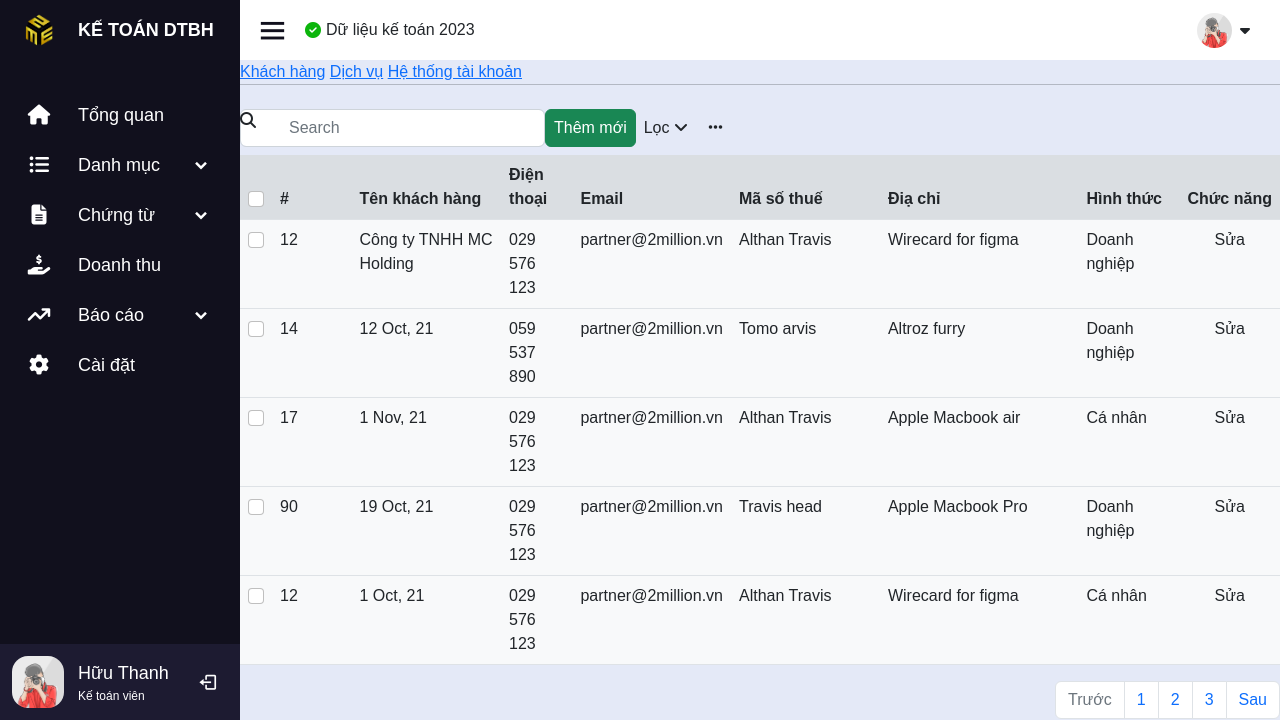
Repository: huuthanhdev/PhanMemKeToan
Page: pages/customer.html
These files come from the project's save history. The page is drawn as it stood at one moment and after the next save; the edit follows.
The browser window is 1280 px wide. The pictures show the whole page.
Some web fonts or font styles are not loaded; a fallback is used. Some web libraries are served in a nearby version.

Above is the page before, as saved 2023-03-24 16:45:26.

### pages/customer.html
<!DOCTYPE html>
  <!-- Coding by CodingLab | www.codinglabweb.com -->
<html lang="en">
<head>
    <meta charset="UTF-8">
    <meta http-equiv="X-UA-Compatible" content="IE=edge">
    <meta name="viewport" content="width=device-width, initial-scale=1.0">
    <link rel="icon" type="png" href="/assets/img/logo 2me.png"/>
    <title>2MILLION</title>
    <!----======== CSS ======== -->
    <link rel="stylesheet" href="/assets/css/style.css">
    <!----===== Boxicons CSS ===== -->
    <link href='https://unpkg.com/boxicons@2.1.1/css/boxicons.min.css' rel='stylesheet'>
    <link rel="stylesheet" href="https://cdnjs.cloudflare.com/ajax/libs/font-awesome/6.1.2/css/all.min.css" integrity="sha512-1sCRPdkRXhBV2PBLUdRb4tMg1w2YPf37qatUFeS7zlBy7jJI8Lf4VHwWfZZfpXtYSLy85pkm9GaYVYMfw5BC1A==" crossorigin="anonymous" referrerpolicy="no-referrer" />
    <!-- bootstrap 5 -->
    <link href="https://cdn.jsdelivr.net/npm/bootstrap@5.2.1/dist/css/bootstrap.min.css" rel="stylesheet"
    integrity="sha384-iYQeCzEYFbKjA/T2uDLTpkwGzCiq6soy8tYaI1GyVh/UjpbCx/TYkiZhlZB6+fzT" crossorigin="anonymous">

</head>
<body>
    <div class="sidebar">
        <div class="logo-details">
          <!-- <i class='bx bxl-c-plus-plus'></i> -->
          <img src="../assets/img/logo 2me.png" alt="" class="logo-img">
          <span class="logo_name">KẾ TOÁN DTBH</span>
        </div>
        <ul class="nav-links">
          <li class="nav-item">
            <a href="../pages/overview.html">
              <i class='fa-solid fa-house'></i>
              <span class="link_name">Tổng quan</span>
            </a>
            <ul class="sub-menu blank">
              <li><a class="link_name" href="../pages/overview.html">Tổng quan</a></li>
            </ul>
          </li>
          <li class="nav-item active">
            <div class="icon-link">
              <a href="../pages/customer.html">
                <i class='fa-solid fa-list-ul' ></i>
                <span class="link_name">Danh mục</span>
              </a>
              <i class='bx bxs-chevron-down arrow' ></i>
            </div>
            <ul class="sub-menu">
              <li><a class="link_name" href="#">Danh mục</a></li>
              <li><a href="../pages/customer.html">Khách hàng</a></li>
              <li><a href="../pages/service.html">Dịch vụ</a></li>
              <li><a href="../pages/account.html">Tài khoản</a></li>
            </ul>
          </li>

          <li class="nav-item">
            <div class="icon-link">
              <a href="#">
                <i class='fa-solid fa-file-lines' ></i>
                <span class="link_name">Chứng từ</span>
              </a>
              <i class='bx bxs-chevron-down arrow' ></i>
            </div>
            <ul class="sub-menu">
              <li><a class="link_name" href="#">Chứng từ</a></li>
              <li><a href="#">Hóa đơn GTGT</a></li>
              <li><a href="#">Phiếu giảm giá HB</a></li>
            </ul>
          </li>

          <li class="nav-item">
            <a href="#">
              <i class='fa-solid fa-hand-holding-dollar' ></i>
              <span class="link_name">Doanh thu</span>
            </a>
            <ul class="sub-menu blank">
              <li><a class="link_name" href="#">Doanh thu</a></li>
            </ul>
          </li>

          <li class="nav-item">
            <div class="icon-link">
              <a href="#">
                <i class='fa-solid fa-arrow-trend-up' ></i>
                <span class="link_name">Báo cáo</span>
              </a>
              <i class='bx bxs-chevron-down arrow' ></i>
            </div>
            <ul class="sub-menu">
              <li><a class="link_name" href="#">Báo cáo</a></li>
              <li><a href="#">Doanh thu theo KH</a></li>
              <li><a href="#">Doanh thu theo DV</a></li>
              <li><a href="#">Tổng hợp Doanh thu</a></li>
              <li><a href="#">Giảm trừ Doanh thu</a></li>
            </ul>
          </li>

          <li class="nav-item">
            <a href="#">
              <i class='fa-solid fa-gear' ></i>
              <span class="link_name">Cài đặt</span>
            </a>
            <ul class="sub-menu blank">
              <li><a class="link_name" href="#">Cài đặt</a></li>
            </ul>
          </li>
          <li>
        <div class="profile-details">
          <div class="profile-content">
            <img src="../assets/img/client2.png" alt="profileImg">
          </div>
          <div class="name-job">
            <div class="profile_name">Hữu Thanh</div>
            <div class="job">Kế toán viên</div>
          </div>
          <i class='bx bx-log-out' ></i>
        </div>
      </li>
    </ul>
      </div>
    <section class="home-section">
      <div class="home-nav">
          <i class='bx bx-menu' ></i>
          <div class="home-text">
              <i class="fa-solid fa-circle-check home-icon"></i>
              <span>Dữ liệu kế toán 2023</span>
          </div>

          <div class="home-info">
              <img src="../assets/img/client2.png" alt="avatar" class="home-avatar">
              <i class="fa-solid fa-caret-down"class="home-icon"></i>
          </div>
      </div>
      <!-- content -->
      <div class="home-content">
        <div class="home-tab">
          <a class="tab-item active" href="/pages/customer.html">Khách hàng</a>
          <a class="tab-item" href="/pages/service.html">Dịch vụ</a>
          <a class="tab-item" href="/pages/account.html">Hệ thống tài khoản</a>
        </div>
        <hr class="mt-0 mb-4">
        <!-- table -->
        <div class="container-fluid mt-0 px-0">
          <div class="mb-2 d-flex justify-content-start align-items-center">
              <div class="position-relative">
                  <span class="position-absolute search"><i class="fa fa-search"></i></span>
                  <input class="form-control w-100 px-5 m-0" placeholder="Search">
              </div>
              <button type="button" class="btn btn-success px-2">Thêm mới</button>
              <div class="px-2">
                  <span>Lọc <i class="fa fa-angle-down"></i></span>
                  <i class="fa fa-ellipsis-h ms-3"></i>
              </div>
          </div>
          <div class="table-responsive">
          <table class="table table-responsive table-hover bg-light">
            <thead>
              <tr style="background-color: #dadee2">
                <th scope="col" width="2%"><input class="form-check-input" type="checkbox"></th>
                <th scope="col" width="8%">#</th>
                <th scope="col" width="15%">Tên khách hàng</th>
                <th scope="col" width="7%">Điện thoại</th>
                <th scope="col" width="13%">Email</th>
                <th scope="col" width="15%">Mã số thuế</th>
                <th scope="col" width="20%">Điạ chỉ</th>
                <th scope="col" width="10%">Hình thức</th>
                <th scope="col" width="10%" class="text-center">Chức năng</th>
              </tr>
            </thead>
            <tbody>
              <tr>
                <th scope="row"><input class="form-check-input" type="checkbox"></th>
                <td>12</td>
                <td>Công ty TNHH MC Holding</td>
                <td>029 576 123</td>
                <td>partner@2million.vn</td>
                <td>Althan Travis</td>
                <td>Wirecard for figma</td>
                <td>Doanh nghiệp</td>
                <td class="text-center">Sửa</td>
              </tr>

              <tr>
                <th scope="row"><input class="form-check-input" type="checkbox"></th>
                <td>14</td>
                <td>12 Oct, 21</td>
                <td>059 537 890</td>
                <td>partner@2million.vn</td>
                <td>Tomo arvis</td>
                <td>Altroz furry</td>
                <td>Doanh nghiệp</td>
                <td class="text-center">Sửa</td>
              </tr>

              <tr>
                <th scope="row"><input class="form-check-input" type="checkbox"></th>
                <td>17</td>
                <td>1 Nov, 21</td>
                <td>029 576 123</td>
                <td>partner@2million.vn</td>
                <td>Althan Travis</td>
                <td>Apple Macbook air</td>
                <td>Cá nhân</td>
                <td class="text-center">Sửa</td>
              </tr>

              <tr>
                <th scope="row"><input class="form-check-input" type="checkbox"></th>
                <td>90</td>
                <td>19 Oct, 21</td>
                <td>029 576 123</td>
                <td>partner@2million.vn</td>
                <td>Travis head</td>
                <td>Apple Macbook Pro</td>
                <td>Doanh nghiệp</td>
                <td class="text-center">Sửa</td>
              </tr>

              <tr>
                <th scope="row"><input class="form-check-input" type="checkbox"></th>
                <td>12</td>
                <td>1 Oct, 21</td>
                <td>029 576 123</td>
                <td>partner@2million.vn</td>
                <td>Althan Travis</td>
                <td>Wirecard for figma</td>
                <td>Cá nhân</td>
                <td class="text-center">Sửa</td>
              </tr>
            </tbody>
          </table>
          </div>
        </div>
        <!-- //table -->
        <!-- pagination -->
        <nav aria-label="Page navigation example">
          <ul class="pagination justify-content-end">
            <li class="page-item disabled">
              <a class="page-link" href="#" tabindex="-1" aria-disabled="true">Trước</a>
            </li>
            <li class="page-item"><a class="page-link" href="#">1</a></li>
            <li class="page-item"><a class="page-link" href="#">2</a></li>
            <li class="page-item"><a class="page-link" href="#">3</a></li>
            <li class="page-item">
              <a class="page-link" href="#">Sau</a>
            </li>
          </ul>
        </nav>
        <!-- //pagination -->

      </div>
    </section>

    <script src="/app.js"></script>

</body>
</html>

### assets/css/style.css
/* Google Fonts Import Link */
@import url("https://fonts.googleapis.com/css2?family=Quicksand:wght@300;400;500;600&display=swap");
* {
  margin: 0;
  padding: 0;
  box-sizing: border-box;
  font-family: "Quicksand", sans-serif;
}
.sidebar{
  position: fixed;
  top: 0;
  left: 0;
  height: 100%;
  width: 240px;
  background: #11101d;
  z-index: 100;
  transition: all 0.5s ease;
}
.sidebar.close{
  width: 78px;
}
.sidebar .logo-details{
  height: 60px;
  width: 100%;
  display: flex;
  align-items: center;
}
.sidebar .logo-details i{
  font-size: 30px;
  color: #fff;
  height: 50px;
  min-width: 78px;
  text-align: center;
  line-height: 50px;
}
/*add logo  */
.sidebar .logo-details img{
  height: 40px;
  min-width: 78px;
  object-fit: contain;
  border-radius: 16px;
  transition: all 0.5s ease;
}

.sidebar .logo-details .logo_name{
  font-size: 18px;
  color: #fff;
  font-weight: 600;
  transition: 0.3s ease;
  transition-delay: 0.1s;
  position: relative;
}
.sidebar.close .logo-details .logo_name{
  transition-delay: 0s;
  opacity: 0;
  pointer-events: none;
}
.sidebar .nav-links{
  height: 100%;
  padding: 30px 0 150px 0;
  overflow: auto;
}
.sidebar.close .nav-links{
  overflow: visible;
}
.sidebar .nav-links::-webkit-scrollbar{
  display: none;
}
.sidebar .nav-links li{
  position: relative;
  list-style: none;
  transition: all 0.4s ease;
}
.sidebar .nav-links li:hover{
  background: #1d1b31;
}
.sidebar .nav-links li .icon-link{
  display: flex;
  align-items: center;
  justify-content: space-between;
}
.sidebar.close .nav-links li .icon-link{
  display: block
}
.sidebar .nav-links li i{
  height: 50px;
  min-width: 78px;
  text-align: center;
  line-height: 50px;
  color: #fff;
  font-size: 20px;
  cursor: pointer;
  transition: all 0.3s ease;
}
.sidebar .nav-links li.showMenu i.arrow{
  transform: rotate(-180deg);
}
.sidebar.close .nav-links i.arrow{
  display: none;
}
.sidebar .nav-links li a{
  display: flex;
  align-items: center;
  text-decoration: none;
}
.sidebar .nav-links li a .link_name{
  font-size: 18px;
  font-weight: 400;
  color: #fff;
  transition: all 0.4s ease;
}
.sidebar.close .nav-links li a .link_name{
  opacity: 0;
  pointer-events: none;
}
.sidebar .nav-links li .sub-menu{
  padding: 6px 6px 14px 80px;
  margin-top: -10px;
  background: #1d1b31;
  display: none;
}
.sidebar .nav-links li.showMenu .sub-menu{
  display: block;
}
.sidebar .nav-links li .sub-menu a{
  color: #fff;
  font-size: 15px;
  padding: 5px 0;
  white-space: nowrap;
  opacity: 0.6;
  transition: all 0.3s ease;
}
.sidebar .nav-links li .sub-menu a:hover{
  opacity: 1;
}
.sidebar.close .nav-links li .sub-menu{
  position: absolute;
  left: 100%;
  top: -10px;
  margin-top: 0;
  padding: 10px 20px;
  border-radius: 0 6px 6px 0;
  opacity: 0;
  display: block;
  pointer-events: none;
  transition: 0s;
}
.sidebar.close .nav-links li:hover .sub-menu{
  top: 0;
  opacity: 1;
  pointer-events: auto;
  transition: all 0.4s ease;
}
.sidebar .nav-links li .sub-menu .link_name{
  display: none;
}
.sidebar.close .nav-links li .sub-menu .link_name{
  font-size: 18px;
  opacity: 1;
  display: block;
}
.sidebar .nav-links li .sub-menu.blank{
  opacity: 1;
  pointer-events: auto;
  padding: 3px 20px 6px 16px;
  opacity: 0;
  pointer-events: none;
}
.sidebar .nav-links li:hover .sub-menu.blank{
  top: 50%;
  transform: translateY(-50%);
}
.sidebar .profile-details{
  position: fixed;
  bottom: 0;
  width: 240px;
  display: flex;
  align-items: center;
  justify-content: space-between;
  background: #1d1b31;
  padding: 12px 0;
  transition: all 0.5s ease;
}
.sidebar.close .profile-details{
  background: none;
}
.sidebar.close .profile-details{
  width: 78px;
}
.sidebar .profile-details .profile-content{
  display: flex;
  align-items: center;
  cursor: pointer;
}
.sidebar .profile-details img{
  height: 52px;
  width: 52px;
  object-fit: cover;
  border-radius: 16px;
  margin: 0 14px 0 12px;
  background: #1d1b31;
  transition: all 0.5s ease;
}
.sidebar.close .profile-details img{
  padding: 10px;
}
.sidebar .profile-details .profile_name,
.sidebar .profile-details .job{
  color: #fff;
  font-size: 18px;
  font-weight: 500;
  white-space: nowrap;
}
/* thêm nowrap */
.sidebar .nav-links .link_name,
.sidebar .logo-details .logo_name{
  white-space: nowrap;
}
/*  */
.sidebar.close .profile-details i,
.sidebar.close .profile-details .profile_name,
.sidebar.close .profile-details .job{
  display: none;
}
.sidebar .profile-details .job{
  font-size: 12px;
}
.home-section{
  position: relative;
  background: #E4E9F7;
  height: 100vh;
  left: 240px;
  width: calc(100% - 240px);
  transition: all 0.5s ease;
}
.sidebar.close ~ .home-section{
  left: 78px;
  width: calc(100% - 78px);
}
.home-section .home-nav{
  height: 60px;
  display: flex;
  align-items: center;
}
.home-section .home-nav .bx-menu,
.home-section .home-nav .text{
  color: #11101d;
  font-size: 35px;
}
.home-section .home-nav .bx-menu{
  margin: 0 15px;
  cursor: pointer;
}
.home-section .home-nav .text{
  font-size: 26px;
  font-weight: 600;
}
@media (max-width: 400px) {
  .sidebar.close .nav-links li .sub-menu{
    display: none;
  }
  .sidebar{
    width: 78px;
  }
  .sidebar.close{
    width: 0;
  }
  .home-section{
    left: 78px;
    width: calc(100% - 78px);
    z-index: 100;
  }
  .sidebar.close ~ .home-section{
    width: 100%;
    left: 0;
  }
}
/* nav fixed */
.home {
  position: fixed;
}
.home-nav {
  display: flex;
  justify-content: flex-start;
  margin-top: auto;
  width: 100%;
  height: 60px;
  background-color: white;
}
.home-info, .home-text {
  display: flex;
  align-items: center;
  justify-content: space-between;
}
.home-icon {
  color: #11101d;
}
.home-text .home-icon {
  color: rgb(12, 181, 12);
  padding-right: 5px;
}
.home-avatar {
  width: 35px;
  height: 35px;
  border-radius: 50%;
  object-fit: cover;
  margin-right: 8px;
}
.home-info{
  margin-left: auto;
  padding-right: 30px;
  cursor: pointer;
}

### app.js
let arrow = document.querySelectorAll(".arrow");
  for (var i = 0; i < arrow.length; i++) {
    arrow[i].addEventListener("click", (e)=>{
   let arrowParent = e.target.parentElement.parentElement;//selecting main parent of arrow
   arrowParent.classList.toggle("showMenu");
    });
  }
  let sidebar = document.querySelector(".sidebar");
  let sidebarBtn = document.querySelector(".bx-menu");
  console.log(sidebarBtn);
  sidebarBtn.addEventListener("click", ()=>{
    sidebar.classList.toggle("close");
  });

After the next save:
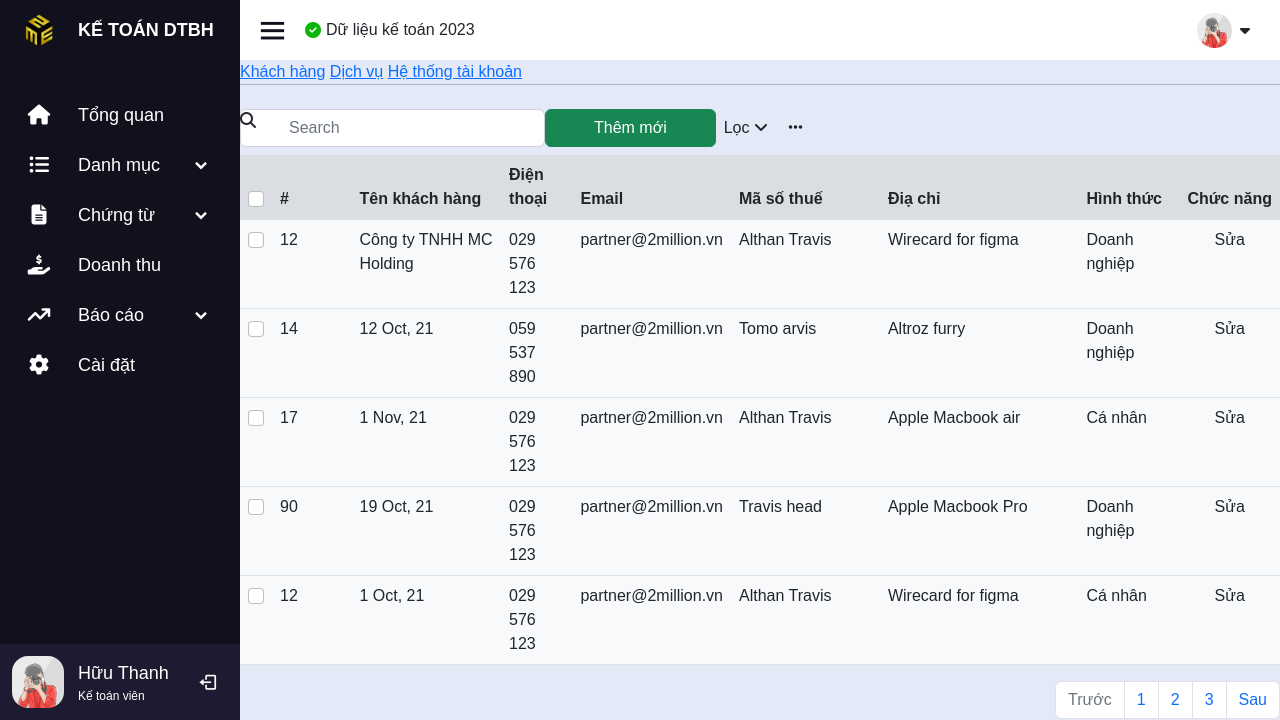
Saved 15 s later.
--- a/pages/customer.html
+++ b/pages/customer.html
@@ -143,7 +143,7 @@
                   <span class="position-absolute search"><i class="fa fa-search"></i></span>
                   <input class="form-control w-100 px-5 m-0" placeholder="Search">
               </div>
-              <button type="button" class="btn btn-success px-2">Thêm mới</button>
+              <button type="button" class="btn btn-success px-5">Thêm mới</button>
               <div class="px-2">
                   <span>Lọc <i class="fa fa-angle-down"></i></span>
                   <i class="fa fa-ellipsis-h ms-3"></i>
